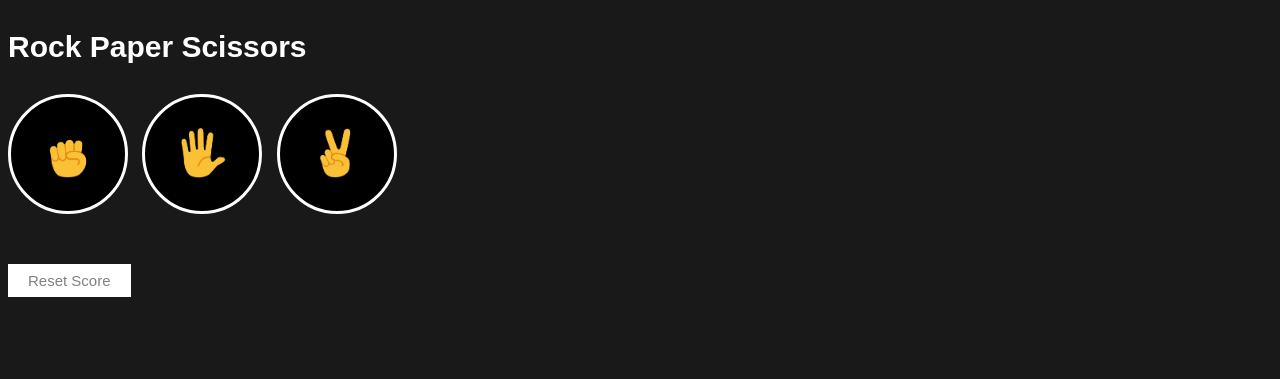
Repository: Samkiroko/Javascript-course
Page: rock-paper-scissors/10-rock-paper-scissior.html
These files come from the project's save history. The page is drawn as it stood at one moment and after the next save; the edit follows.
The browser window is 1280 px wide. The pictures show the whole page.

Above is the page before, as saved 2023-08-28 11:42:30.
Console error: SyntaxError: Unexpected token '<'

After the next save:
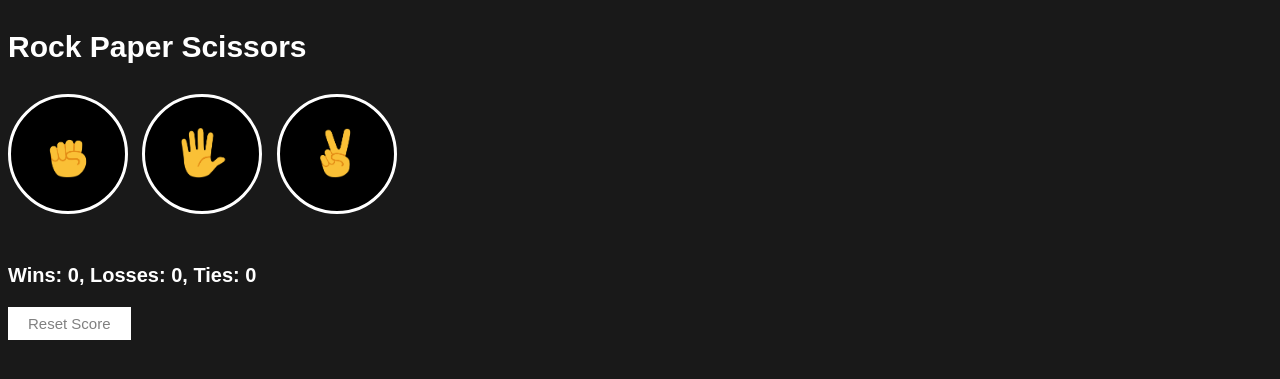
The error is gone.
Saved 13 s later.
--- a/script.js
+++ b/script.js
@@ -1,13 +1,12 @@
- <script>
-      let score = JSON.parse(localStorage.getItem('score')) || {
-        wins: 0,
-        losses: 0,
-        ties: 0,
-      };
+let score = JSON.parse(localStorage.getItem('score')) || {
+  wins: 0,
+  losses: 0,
+  ties: 0,
+};
 
-      updateScoreElement();
+updateScoreElement();
 
-      /*
+/*
       if (!score) {
         score = {
           wins: 0,
@@ -17,77 +16,76 @@
       }
       */
 
-      function playGame(playerMove) {
-        const computerMove = pickComputerMove();
+function playGame(playerMove) {
+  const computerMove = pickComputerMove();
 
-        let result = '';
+  let result = '';
 
-        if (playerMove === 'scissors') {
-          if (computerMove === 'rock') {
-            result = 'You lose.';
-          } else if (computerMove === 'paper') {
-            result = 'You win.';
-          } else if (computerMove === 'scissors') {
-            result = 'Tie.';
-          }
-        } else if (playerMove === 'paper') {
-          if (computerMove === 'rock') {
-            result = 'You win.';
-          } else if (computerMove === 'paper') {
-            result = 'Tie.';
-          } else if (computerMove === 'scissors') {
-            result = 'You lose.';
-          }
-        } else if (playerMove === 'rock') {
-          if (computerMove === 'rock') {
-            result = 'Tie.';
-          } else if (computerMove === 'paper') {
-            result = 'You lose.';
-          } else if (computerMove === 'scissors') {
-            result = 'You win.';
-          }
-        }
+  if (playerMove === 'scissors') {
+    if (computerMove === 'rock') {
+      result = 'You lose.';
+    } else if (computerMove === 'paper') {
+      result = 'You win.';
+    } else if (computerMove === 'scissors') {
+      result = 'Tie.';
+    }
+  } else if (playerMove === 'paper') {
+    if (computerMove === 'rock') {
+      result = 'You win.';
+    } else if (computerMove === 'paper') {
+      result = 'Tie.';
+    } else if (computerMove === 'scissors') {
+      result = 'You lose.';
+    }
+  } else if (playerMove === 'rock') {
+    if (computerMove === 'rock') {
+      result = 'Tie.';
+    } else if (computerMove === 'paper') {
+      result = 'You lose.';
+    } else if (computerMove === 'scissors') {
+      result = 'You win.';
+    }
+  }
 
-        if (result === 'You win.') {
-          score.wins += 1;
-        } else if (result === 'You lose.') {
-          score.losses += 1;
-        } else if (result === 'Tie.') {
-          score.ties += 1;
-        }
+  if (result === 'You win.') {
+    score.wins += 1;
+  } else if (result === 'You lose.') {
+    score.losses += 1;
+  } else if (result === 'Tie.') {
+    score.ties += 1;
+  }
 
-        localStorage.setItem('score', JSON.stringify(score));
+  localStorage.setItem('score', JSON.stringify(score));
 
-        updateScoreElement();
+  updateScoreElement();
 
-        document.querySelector('.js-result').innerHTML = result;
-        document.querySelector('.js-moves').innerHTML = `You
+  document.querySelector('.js-result').innerHTML = result;
+  document.querySelector('.js-moves').innerHTML = `You
       <span class=""
         ><img src="/img/${playerMove}-emoji.png" alt="" class="move-icon" />
         <img src="/img/${computerMove}-emoji.png" alt="" class="move-icon" />
       </span>
       Computer`;
-      }
+}
 
-      function updateScoreElement() {
-        document.querySelector(
-          '.js-score'
-        ).innerHTML = `Wins: ${score.wins}, Losses: ${score.losses}, Ties: ${score.ties}`;
-      }
+function updateScoreElement() {
+  document.querySelector(
+    '.js-score'
+  ).innerHTML = `Wins: ${score.wins}, Losses: ${score.losses}, Ties: ${score.ties}`;
+}
 
-      function pickComputerMove() {
-        const randomNumber = Math.random();
+function pickComputerMove() {
+  const randomNumber = Math.random();
 
-        let computerMove = '';
+  let computerMove = '';
 
-        if (randomNumber >= 0 && randomNumber < 1 / 3) {
-          computerMove = 'rock';
-        } else if (randomNumber >= 1 / 3 && randomNumber < 2 / 3) {
-          computerMove = 'paper';
-        } else if (randomNumber >= 2 / 3 && randomNumber < 1) {
-          computerMove = 'scissors';
-        }
+  if (randomNumber >= 0 && randomNumber < 1 / 3) {
+    computerMove = 'rock';
+  } else if (randomNumber >= 1 / 3 && randomNumber < 2 / 3) {
+    computerMove = 'paper';
+  } else if (randomNumber >= 2 / 3 && randomNumber < 1) {
+    computerMove = 'scissors';
+  }
 
-        return computerMove;
-      }
-    </script>
+  return computerMove;
+}
